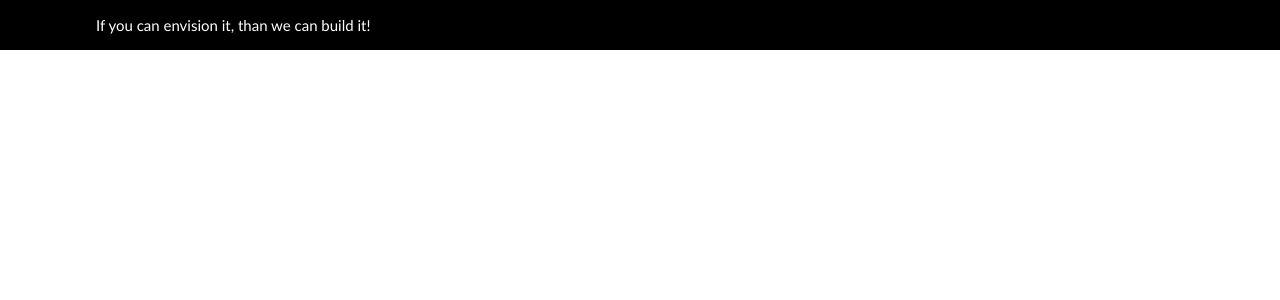
Repository: samuelsemako/Zose.com
Page: http://localhost/
These files come from the project's save history. The page is drawn as it stood at one moment and after the next save; the edit follows.
The browser window is 1280 px wide. The pictures show the whole page.
Some web fonts or font styles are not loaded; a fallback is used. The page is run by PHP 8.4 with error messages shown; the project is at /var/www/html/.

Above is the page before, as saved 2024-05-16 18:16:28.

### index.php
<!DOCTYPE html PUBLIC "-//W3C//DTD XHTML 1.0 Transitional//EN" "http://www.w3.org/TR/xhtml1/DTD/xhtml1-transitional.dtd">
<html xmlns="http://www.w3.org/1999/xhtml" lang="en">
<head>
	<?php include "meta.php"?>
	<title>ZOSE</title>
</head>
<body>
    <header>
		<div class="top-div">
			<div class="inner-div">
				<div><p>If you can envision it, than we can build it!</p></div>
				<div class="icon-div">
					<a href="#" title="facebook">
					<i class="bi-facebook"></i></a>
					<a href="#" title="twitter">
					<i class="bi-twitter"></i></a>
					<a href="#" title="instagram">
					<i class="bi-instagram"></i></a>
					<a href="#" title="youtube">
					<i class="bi-youtube"></i></a>
				</div>
			</div>
		</div>
		<div class="buttom-div"></div>
	</header>

</body>
</html>

### meta.php
<meta http-equiv="Content-Type" content="text/html; charset=utf-8" />
<meta name="viewport" content="width=device-width, initial-scale=1.0">

<link rel="stylesheet" type="text/css" href="styles/main.css">
<link rel="shortcut icon" type="image-png" href="all-images/images/icon.png">
<link href="styles/icons-1.10.2/font/bootstrap-icons.css" type="text/css" rel="stylesheet" >

<script type="text/javascripts" src="js/scripts.js"></script>

### styles/main.css
/* Paramount */
body{
    background: #ffffff;
    font-family: 'Trebuchet MS', 'Lucida Sans Unicode', 'Lucida Grande', 'Lucida Sans', Arial, sans-serif;
    font-size: 15px;
    padding: 0px;
    margin: 0px;
}

h1, h2, h3, h4, h5, h6{
    font-family: Verdana, Geneva, Tahoma, sans-serif;
}

a{
    text-decoration: none;
    color: inherit;
}
button{
    font-family: 'Trebuchet MS', 'Lucida Sans Unicode', 'Lucida Grande', 'Lucida Sans', Arial, sans-serif;
}

input{
    font-family: 'Trebuchet MS', 'Lucida Sans Unicode', 'Lucida Grande', 'Lucida Sans', Arial, sans-serif;
}

p{
    margin: 0px;
    padding: 0px;
}



/* header style */

header{
    background: #fff;
    min-height: 70px;
    display: flex;
    flex-direction: column;
}

header .top-div{
    background: #000;
    min-height: 50px;
    width: 100%;
    display: flex;
    justify-content: center;
}

header .top-div .inner-div{
    width: 85%;
    min-height: 40px;
    display: flex;
    align-items: center;
    justify-content: space-between;
    color: #fff;
}

header .top-div .inner-div .icon-div{
    display: flex;
    gap: 15px;
    font-size: 18px;
}


header .top-div .inner-div .icon-div i{
    cursor: pointer;
}


header .bottom-div{
    min-height: 70px;
    width: 100%;
    background: brown;
}

Loaded but not shown: styles/icons-1.10.2/font/bootstrap-icons.css (library)

After the next save:
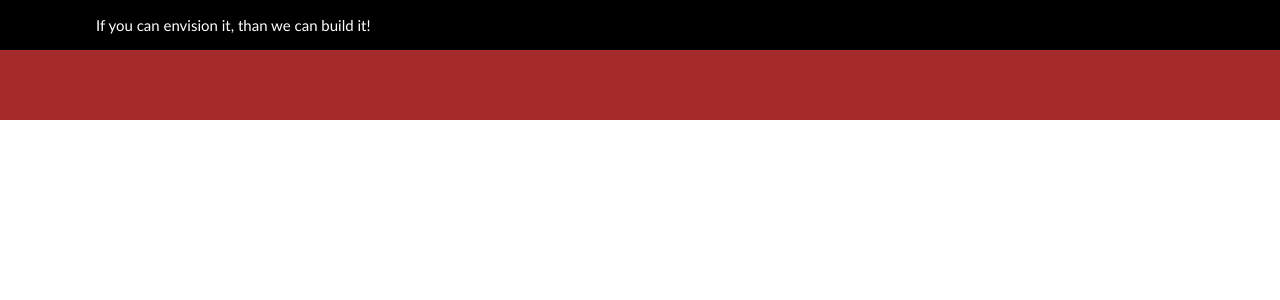
Saved 13 s later.
--- a/index.php
+++ b/index.php
@@ -21,7 +21,7 @@
 				</div>
 			</div>
 		</div>
-		<div class="buttom-div"></div>
+		<div class="bottom-div"></div>
 	</header>
 
 </body>
